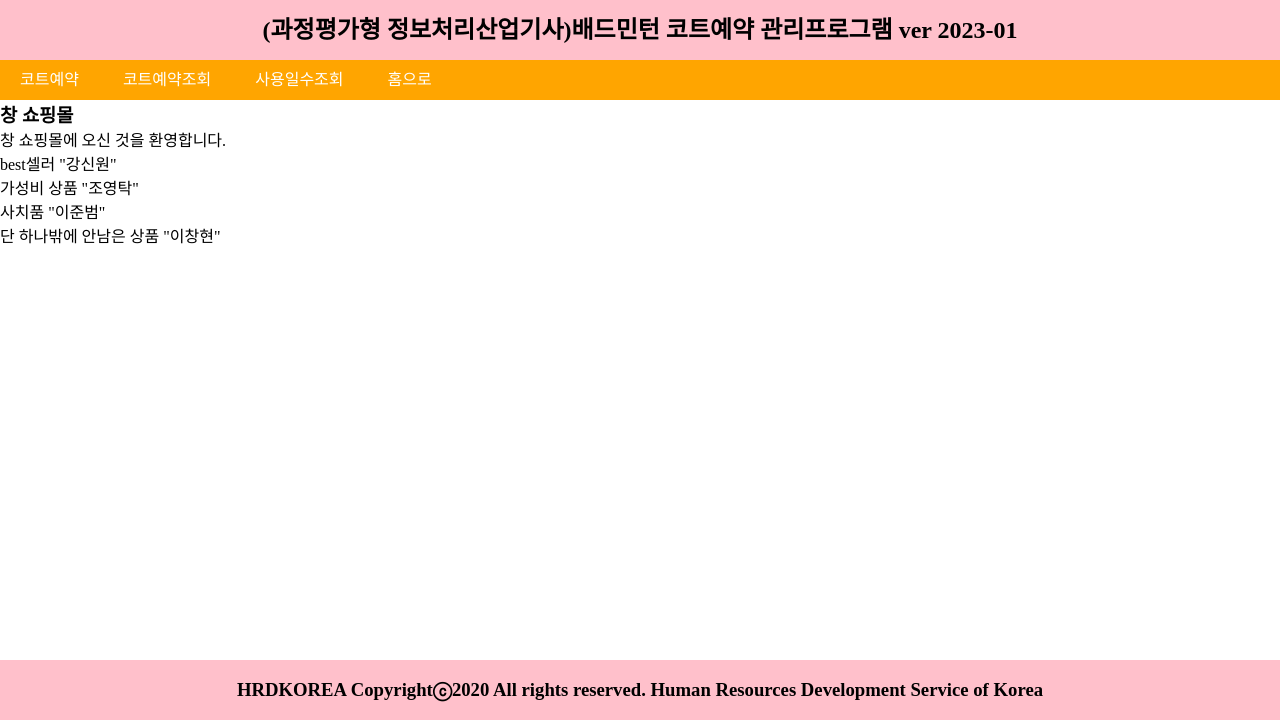
Repository: s25-30420/shopping
Page: http://localhost/shop/
An editor plug-in stored every save of this project. The page is shown before and after the next save, followed by the edit.
The browser window is 1280 px wide. The pictures show the whole page.
The page is served by Tomcat 9.

Above is the page before, as saved 2025-09-08 00:24:13.

After the next save:
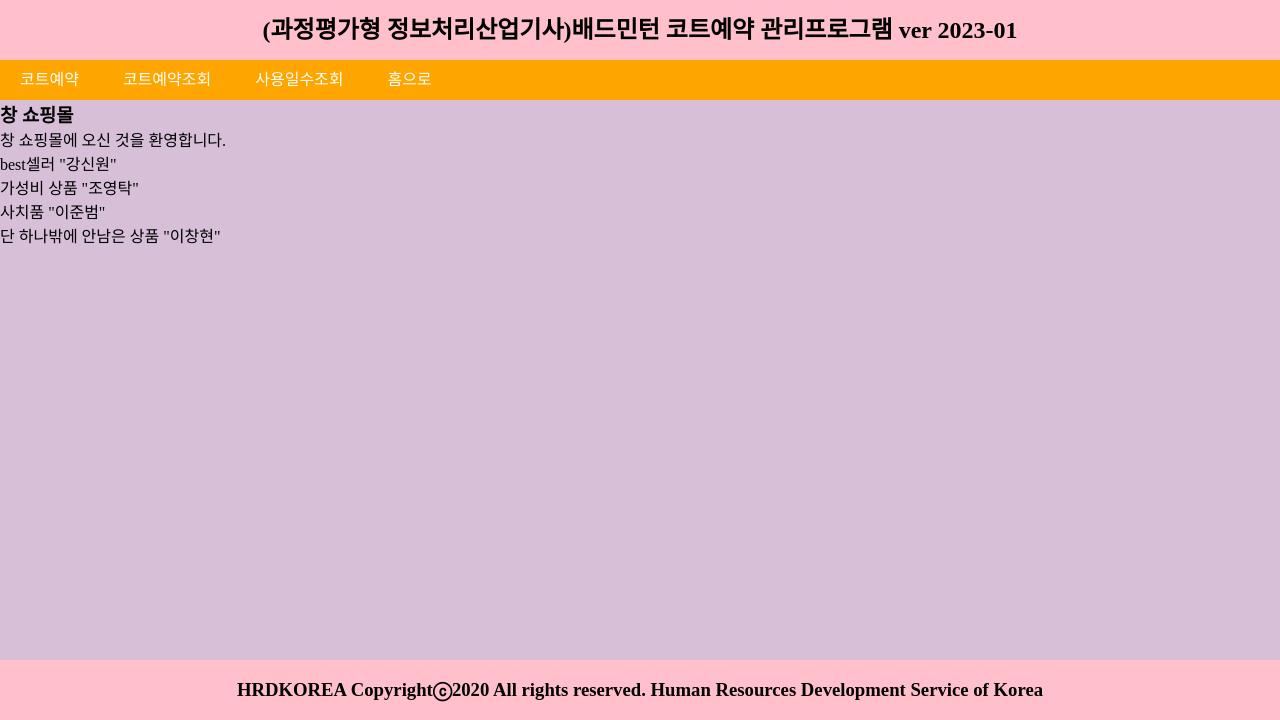
Saved 68 s later.
--- a/shop/src/main/webapp/index.jsp
+++ b/shop/src/main/webapp/index.jsp
@@ -15,7 +15,7 @@
 	section{
 		width: 100%;
 		height: calc(100vh - 160px);
-		background-color: ;
+		background-color: thistle;
 	}
 
 </style>
